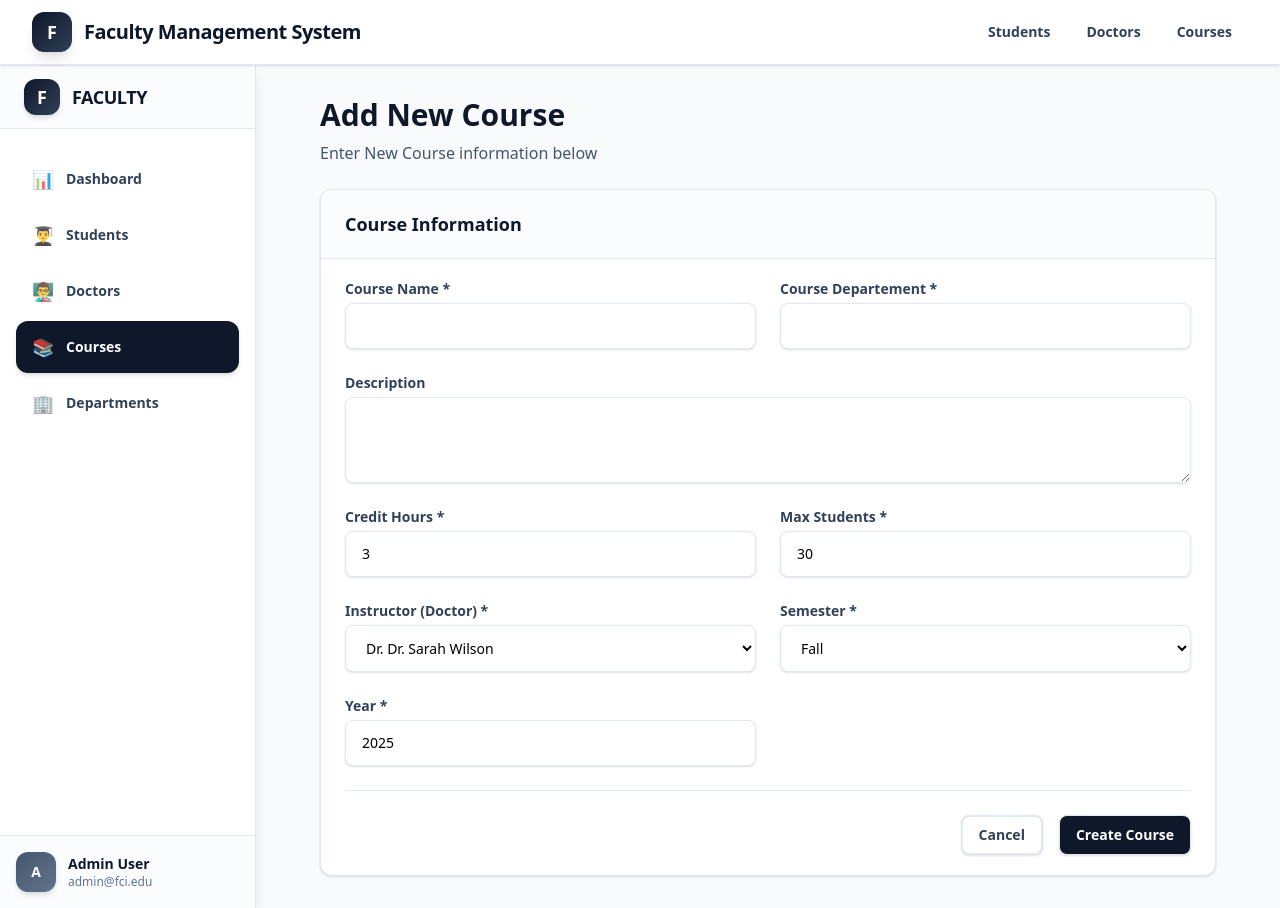
Repository: Mohamedmohsen179/Advanced-DB-Task
Page: /courses/new (app in frontend/)
These files come from the project's save history. The page is drawn as it stood at one moment and after the next save; the edit follows.
The browser window is 1280 px wide. The pictures show the whole page.
The page's requests for data from a server got no answer. The project was rebuilt for these pictures with package versions that can differ from the ones it lists, and the page was loaded fresh each time. The framework's server and built-in components were replaced by stand-ins that run in the browser. No one was signed in, and anything a server would have sent is missing. Also part of the build but not shown: frontend/next.config.ts.

Above is the page before, as saved 2025-11-29 01:43:05.

### frontend/app/layout.tsx
import type { Metadata } from "next";
import { Geist, Geist_Mono } from "next/font/google";
import "./globals.css";
import MainLayout from "../components/layout/MainLayout";

const geistSans = Geist({
  variable: "--font-geist-sans",
  subsets: ["latin"],
});

const geistMono = Geist_Mono({
  variable: "--font-geist-mono",
  subsets: ["latin"],
});

export const metadata: Metadata = {
  title: "University Management System",
  description: "A comprehensive university management system built with Next.js and TypeScript",
};

export default function RootLayout({
  children,
}: Readonly<{
  children: React.ReactNode;
}>) {
  return (
    <html lang="en">
      <body
        className={`${geistSans.variable} ${geistMono.variable} antialiased`}
      >
        <MainLayout>{children}</MainLayout>
      </body>
    </html>
  );
}

### frontend/app/courses/new/page.tsx
'use client';

import { useState, useEffect } from 'react';
import { useRouter } from 'next/navigation';
import { CreateCourseRequest } from '../../../types';
import { apiService } from '../../../services/api';
import { Card, CardContent, CardHeader } from '../../../components/ui/Card';
import Button from '../../../components/ui/Button';

export default function NewCoursePage() {
  const router = useRouter();
  const [loading, setLoading] = useState(false);
  const [error, setError] = useState<string | null>(null);
  const [departments, setDepartments] = useState<{ id: string; name: string; code: string }[]>([]);
  const [doctors, setDoctors] = useState<{ id: string; firstName: string; lastName: string }[]>([]);

  const [formData, setFormData] = useState<CreateCourseRequest>({
    name: '',
    code: '',
    description: '',
    credits: 3,
    departmentId: '',
    instructorId: '',
    semester: 'fall',
    year: new Date().getFullYear(),
    maxStudents: 30,
    prerequisites: [],
    syllabus: '',
    startDate: '',
    endDate: '',
  });

  const [prerequisiteInput, setPrerequisiteInput] = useState('');

  useEffect(() => {
    loadDepartments();
    loadDoctors();
  }, []);

  const loadDepartments = async () => {
    try {
      const response = await apiService.getDepartments();
      if (response.success && response.data.length > 0) {
        setDepartments(response.data.map(d => ({ id: d.id, name: d.name, code: d.code })));
        if (!formData.departmentId) {
          setFormData(prev => ({ ...prev, departmentId: response.data[0].id }));
        }
      }
    } catch (err) {
      console.error('Error loading departments:', err);
    }
  };

  const loadDoctors = async () => {
    try {
      const response = await apiService.getDoctors();
      if (response.success && response.data.length > 0) {
        setDoctors(response.data.map(d => ({ id: d.id, firstName: d.firstName, lastName: d.lastName })));
        if (!formData.instructorId) {
          setFormData(prev => ({ ...prev, instructorId: response.data[0].id }));
        }
      }
    } catch (err) {
      console.error('Error loading doctors:', err);
    }
  };

  const handleInputChange = (e: React.ChangeEvent<HTMLInputElement | HTMLSelectElement | HTMLTextAreaElement>) => {
    const { name, value } = e.target;
    setFormData(prev => ({
      ...prev,
      [name]: name === 'credits' || name === 'year' || name === 'maxStudents'
        ? parseInt(value) || 0
        : value,
    }));
  };

  const addPrerequisite = () => {
    if (prerequisiteInput.trim()) {
      setFormData(prev => ({
        ...prev,
        prerequisites: [...(prev.prerequisites || []), prerequisiteInput.trim()],
      }));
      setPrerequisiteInput('');
    }
  };

  const removePrerequisite = (index: number) => {
    setFormData(prev => ({
      ...prev,
      prerequisites: prev.prerequisites?.filter((_, i) => i !== index) || [],
    }));
  };

  const handleSubmit = async (e: React.FormEvent) => {
    e.preventDefault();
    setLoading(true);
    setError(null);

    try {
      const response = await apiService.createCourse(formData);

      if (response.success) {
        router.push('/courses');
      } else {
        setError('Failed to create course');
      }
    } catch (err) {
      setError('An error occurred while creating the course');
      console.error('Error creating course:', err);
    } finally {
      setLoading(false);
    }
  };

  return (
    <div className="max-w-4xl mx-auto">
      <div className="mb-6">
        <h1 className="text-3xl font-bold text-slate-900">Add New Course</h1>
        <p className="mt-2 text-base text-slate-600">
          Enter New Course information below
        </p>
      </div>

      {error && (
        <div className="mb-6 bg-red-50 border border-red-200 rounded-md p-4">
          <div className="flex">
            <div className="flex-shrink-0">
              <svg className="h-5 w-5 text-red-400" viewBox="0 0 20 20" fill="currentColor">
                <path fillRule="evenodd" d="M10 18a8 8 0 100-16 8 8 0 000 16zM8.707 7.293a1 1 0 00-1.414 1.414L8.586 10l-1.293 1.293a1 1 0 101.414 1.414L10 11.414l1.293 1.293a1 1 0 001.414-1.414L11.414 10l1.293-1.293a1 1 0 00-1.414-1.414L10 8.586 8.707 7.293z" clipRule="evenodd" />
              </svg>
            </div>
            <div className="ml-3">
              <h3 className="text-sm font-medium text-red-800">Error</h3>
              <div className="mt-2 text-sm text-red-700">
                <p>{error}</p>
              </div>
            </div>
          </div>
        </div>
      )}

      <Card>
        <CardHeader>
          <h2 className="text-lg font-semibold text-slate-900">Course Information</h2>
        </CardHeader>
        <CardContent>
          <form onSubmit={handleSubmit} className="space-y-6">
            <div className="grid grid-cols-1 md:grid-cols-2 gap-6">
              <div>
                <label htmlFor="name" className="block text-sm font-semibold text-slate-700">
                  Course Name *
                </label>
                <input
                  type="text"
                  id="name"
                  name="name"
                  required
                  value={formData.name}
                  onChange={handleInputChange}
                  className="text-black mt-1 block w-full border border-slate-300 rounded-lg px-4 py-3 text-sm focus:outline-none focus:ring-2 focus:ring-slate-500 focus:border-slate-500 transition-all duration-200 bg-white shadow-sm"
                />
              </div>

              <div>
                <label htmlFor="code" className="block text-sm font-semibold text-slate-700">
                  Course Departement *
                </label>
                <input
                  type="text"
                  id="code"
                  name="code"
                  required
                  value={formData.code}
                  onChange={handleInputChange}
                  className="text-black mt-1 block w-full border border-slate-300 rounded-lg px-4 py-3 text-sm focus:outline-none focus:ring-2 focus:ring-slate-500 focus:border-slate-500 transition-all duration-200 bg-white shadow-sm"
                />
              </div>

              <div className="md:col-span-2">
                <label htmlFor="description" className="block text-sm font-semibold text-slate-700">
                  Description
                </label>
                <textarea
                  id="description"
                  name="description"
                  rows={3}
                  value={formData.description}
                  onChange={handleInputChange}
                  className="text-black mt-1 block w-full border border-slate-300 rounded-lg px-4 py-3 text-sm focus:outline-none focus:ring-2 focus:ring-slate-500 focus:border-slate-500 transition-all duration-200 bg-white shadow-sm"
                />
              </div>

              <div>
                <label htmlFor="credits" className="block text-sm font-semibold text-slate-700">
                  Credit Hours *
                </label>
                <input
                  type="number"
                  id="credits"
                  name="credits"
                  required
                  min="1"
                  max="6"
                  value={formData.credits}
                  onChange={handleInputChange}
                  className="text-black mt-1 block w-full border border-slate-300 rounded-lg px-4 py-3 text-sm focus:outline-none focus:ring-2 focus:ring-slate-500 focus:border-slate-500 transition-all duration-200 bg-white shadow-sm"
                />
              </div>

              <div>
                <label htmlFor="maxStudents" className="block text-sm font-semibold text-slate-700">
                  Max Students *
                </label>
                <input
                  type="number"
                  id="maxStudents"
                  name="maxStudents"
                  required
                  min="1"
                  value={formData.maxStudents}
                  onChange={handleInputChange}
                  className="text-black mt-1 block w-full border border-slate-300 rounded-lg px-4 py-3 text-sm focus:outline-none focus:ring-2 focus:ring-slate-500 focus:border-slate-500 transition-all duration-200 bg-white shadow-sm"
                />
              </div>

              <div>
                <label htmlFor="instructorId" className="block text-sm font-semibold text-slate-700">
                  Instructor (Doctor) *
                </label>
                <select
                  id="instructorId"
                  name="instructorId"
                  required
                  value={formData.instructorId}
                  onChange={handleInputChange}
                  className="text-black mt-1 block w-full border border-slate-300 rounded-lg px-4 py-3 text-sm focus:outline-none focus:ring-2 focus:ring-slate-500 focus:border-slate-500 transition-all duration-200 bg-white shadow-sm"
                >
                  <option value="">Select Instructor</option>
                  {doctors.map(doctor => (
                    <option key={doctor.id} value={doctor.id}>
                      Dr. {doctor.firstName} {doctor.lastName}
                    </option>
                  ))}
                </select>
              </div>

              <div>
                <label htmlFor="semester" className="block text-sm font-semibold text-slate-700">
                  Semester *
                </label>
                <select
                  id="semester"
                  name="semester"
                  required
                  value={formData.semester}
                  onChange={handleInputChange}
                  className="text-black mt-1 block w-full border border-slate-300 rounded-lg px-4 py-3 text-sm focus:outline-none focus:ring-2 focus:ring-slate-500 focus:border-slate-500 transition-all duration-200 bg-white shadow-sm"
                >
                  <option value="fall">Fall</option>
                  <option value="spring">Spring</option>
                  <option value="summer">Summer</option>
                  <option value="winter">Winter</option>
                </select>
              </div>

              <div>
                <label htmlFor="year" className="block text-sm font-semibold text-slate-700">
                  Year *
                </label>
                <input
                  type="number"
                  id="year"
                  name="year"
                  required
                  min="2020"
                  max="2030"
                  value={formData.year}
                  onChange={handleInputChange}
                  className="text-black mt-1 block w-full border border-slate-300 rounded-lg px-4 py-3 text-sm focus:outline-none focus:ring-2 focus:ring-slate-500 focus:border-slate-500 transition-all duration-200 bg-white shadow-sm"
                />
              </div>

            </div>

            <div className="flex justify-end space-x-4 pt-6 border-t border-slate-200">
              <Button
                type="button"
                variant="outline"
                onClick={() => router.back()}
              >
                Cancel
              </Button>
              <Button
                type="submit"
                loading={loading}
              >
                Create Course
              </Button>
            </div>
          </form>
        </CardContent>
      </Card>
    </div>
  );
}

### frontend/app/globals.css
@import "tailwindcss";

:root {
  --background: #fafafa;
  --foreground: #0f172a;
  --primary: #2563eb;
  --primary-foreground: #ffffff;
  --secondary: #f1f5f9;
  --secondary-foreground: #334155;
  --muted: #f8fafc;
  --muted-foreground: #64748b;
  --accent: #f1f5f9;
  --accent-foreground: #0f172a;
  --border: #e2e8f0;
  --input: #ffffff;
  --ring: #2563eb;
  --radius: 0.5rem;
}

@theme inline {
  --color-background: var(--background);
  --color-foreground: var(--foreground);
  --font-sans: var(--font-geist-sans);
  --font-mono: var(--font-geist-mono);
}

@media (prefers-color-scheme: dark) {
  :root {
    --background: #020617;
    --foreground: #f8fafc;
    --primary: #3b82f6;
    --primary-foreground: #f8fafc;
    --secondary: #1e293b;
    --secondary-foreground: #f8fafc;
    --muted: #1e293b;
    --muted-foreground: #94a3b8;
    --accent: #1e293b;
    --accent-foreground: #f8fafc;
    --border: #334155;
    --input: #1e293b;
    --ring: #3b82f6;
  }
}

* {
  border-color: var(--border);
}

body {
  background: var(--background);
  color: var(--foreground);
  font-family: var(--font-sans), system-ui, -apple-system, sans-serif;
  line-height: 1.6;
  -webkit-font-smoothing: antialiased;
  -moz-osx-font-smoothing: grayscale;
}

::-webkit-scrollbar {
  width: 8px;
  height: 8px;
}

::-webkit-scrollbar-track {
  background: var(--muted);
}

::-webkit-scrollbar-thumb {
  background: var(--muted-foreground);
  border-radius: 4px;
}

::-webkit-scrollbar-thumb:hover {
  background: var(--foreground);
}

/* Focus styles */
.focus-visible {
  outline: 2px solid var(--ring);
  outline-offset: 2px;
}

/* Professional shadows */
.shadow-professional {
  box-shadow: 0 1px 3px 0 rgb(0 0 0 / 0.1), 0 1px 2px -1px rgb(0 0 0 / 0.1);
}

.shadow-professional-lg {
  box-shadow: 0 10px 15px -3px rgb(0 0 0 / 0.1), 0 4px 6px -4px rgb(0 0 0 / 0.1);
}

### frontend/components/layout/MainLayout.tsx
'use client';

import { useState } from 'react';
import Navbar from './Navbar';
import Sidebar from './Sidebar';

interface MainLayoutProps {
  children: React.ReactNode;
}

export default function MainLayout({ children }: MainLayoutProps) {
  const [sidebarOpen, setSidebarOpen] = useState(false);

  return (
    <div className="min-h-screen bg-slate-50">
      <Navbar />

      <div className="flex">
        <Sidebar
          isOpen={sidebarOpen}
          onClose={() => setSidebarOpen(false)}
        />

        <div className="flex-1 lg:ml-0">
          <div className="lg:hidden">
            <button
              onClick={() => setSidebarOpen(true)}
              className="fixed top-20 left-4 z-10 bg-white p-3 rounded-xl shadow-professional border border-slate-200 hover:shadow-professional-lg transition-all duration-200"
            >
              <svg className="w-5 h-5 text-slate-600" fill="none" stroke="currentColor" viewBox="0 0 24 24">
                <path strokeLinecap="round" strokeLinejoin="round" strokeWidth={2} d="M4 6h16M4 12h16M4 18h16" />
              </svg>
            </button>
          </div>

          <main className="p-6 lg:p-8">
            <div className="max-w-7xl mx-auto">
              {children}
            </div>
          </main>
        </div>
      </div>
    </div>
  );
}

### frontend/components/ui/Card.tsx
import { HTMLAttributes, forwardRef } from 'react';

interface CardProps extends HTMLAttributes<HTMLDivElement> {
  children: React.ReactNode;
}

const Card = forwardRef<HTMLDivElement, CardProps>(
  ({ className = '', children, ...props }, ref) => {
    return (
      <div
        ref={ref}
        className={`bg-white rounded-xl border border-slate-200 shadow-professional hover:shadow-professional-lg transition-shadow duration-200 ${className}`}
        {...props}
      >
        {children}
      </div>
    );
  }
);

Card.displayName = 'Card';

interface CardHeaderProps extends HTMLAttributes<HTMLDivElement> {
  children: React.ReactNode;
}

const CardHeader = forwardRef<HTMLDivElement, CardHeaderProps>(
  ({ className = '', children, ...props }, ref) => {
    return (
      <div
        ref={ref}
        className={`px-6 py-5 border-b border-slate-200 bg-slate-50/50 rounded-t-xl ${className}`}
        {...props}
      >
        {children}
      </div>
    );
  }
);

CardHeader.displayName = 'CardHeader';

interface CardContentProps extends HTMLAttributes<HTMLDivElement> {
  children: React.ReactNode;
}

const CardContent = forwardRef<HTMLDivElement, CardContentProps>(
  ({ className = '', children, ...props }, ref) => {
    return (
      <div
        ref={ref}
        className={`px-6 py-5 ${className}`}
        {...props}
      >
        {children}
      </div>
    );
  }
);

CardContent.displayName = 'CardContent';

interface CardFooterProps extends HTMLAttributes<HTMLDivElement> {
  children: React.ReactNode;
}

const CardFooter = forwardRef<HTMLDivElement, CardFooterProps>(
  ({ className = '', children, ...props }, ref) => {
    return (
      <div
        ref={ref}
        className={`px-6 py-5 border-t border-slate-200 bg-slate-50 rounded-b-xl ${className}`}
        {...props}
      >
        {children}
      </div>
    );
  }
);

CardFooter.displayName = 'CardFooter';

export { Card, CardHeader, CardContent, CardFooter };

### frontend/components/ui/Button.tsx
import { ButtonHTMLAttributes, forwardRef } from 'react';

interface ButtonProps extends ButtonHTMLAttributes<HTMLButtonElement> {
  variant?: 'primary' | 'secondary' | 'danger' | 'outline';
  size?: 'sm' | 'md' | 'lg';
  loading?: boolean;
}

const Button = forwardRef<HTMLButtonElement, ButtonProps>(
  ({ className = '', variant = 'primary', size = 'md', loading = false, children, disabled, ...props }, ref) => {
    const baseClasses = 'inline-flex items-center justify-center font-semibold rounded-lg transition-all duration-200 focus:outline-none focus:ring-2 focus:ring-offset-2 disabled:opacity-50 disabled:cursor-not-allowed shadow-sm hover:shadow-md active:scale-[0.98]';

    const variantClasses = {
      primary: 'bg-slate-900 text-white hover:bg-slate-800 focus:ring-slate-500 border border-slate-900',
      secondary: 'bg-slate-100 text-slate-900 hover:bg-slate-200 focus:ring-slate-500 border border-slate-200',
      danger: 'bg-red-600 text-white hover:bg-red-700 focus:ring-red-500 border border-red-600',
      outline: 'border-2 border-slate-300 text-slate-700 bg-white hover:bg-slate-50 hover:border-slate-400 focus:ring-slate-500',
    };

    const sizeClasses = {
      sm: 'px-3 py-2 text-sm h-9',
      md: 'px-4 py-2.5 text-sm h-10',
      lg: 'px-6 py-3 text-base h-12',
    };

    return (
      <button
        ref={ref}
        className={`${baseClasses} ${variantClasses[variant]} ${sizeClasses[size]} ${className}`}
        disabled={disabled || loading}
        {...props}
      >
        {loading && (
          <svg className="animate-spin -ml-1 mr-2 h-4 w-4" fill="none" viewBox="0 0 24 24">
            <circle className="opacity-25" cx="12" cy="12" r="10" stroke="currentColor" strokeWidth="4" />
            <path className="opacity-75" fill="currentColor" d="M4 12a8 8 0 018-8V0C5.373 0 0 5.373 0 12h4zm2 5.291A7.962 7.962 0 014 12H0c0 3.042 1.135 5.824 3 7.938l3-2.647z" />
          </svg>
        )}
        {children}
      </button>
    );
  }
);

Button.displayName = 'Button';

export default Button;

Loaded but not shown: frontend/services/api.ts (635 lines, source omitted); frontend/components/layout/Sidebar.tsx (152 lines, source omitted); frontend/components/layout/Navbar.tsx (95 lines, source omitted)

After the next save:
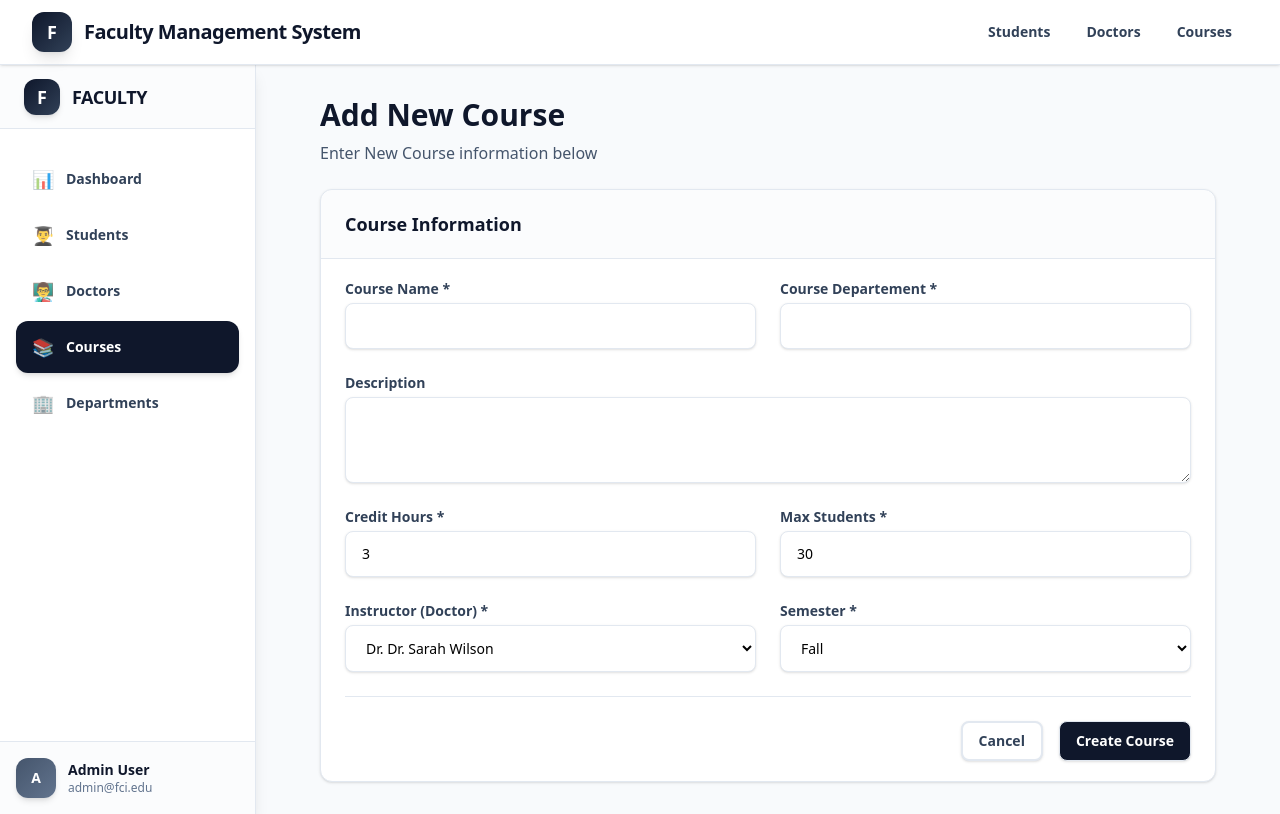
Saved 7 min 49 s later.
--- a/frontend/app/courses/new/page.tsx
+++ b/frontend/app/courses/new/page.tsx
@@ -263,24 +263,6 @@ export default function NewCoursePage() {
                   <option value="winter">Winter</option>
                 </select>
               </div>
-
-              <div>
-                <label htmlFor="year" className="block text-sm font-semibold text-slate-700">
-                  Year *
-                </label>
-                <input
-                  type="number"
-                  id="year"
-                  name="year"
-                  required
-                  min="2020"
-                  max="2030"
-                  value={formData.year}
-                  onChange={handleInputChange}
-                  className="text-black mt-1 block w-full border border-slate-300 rounded-lg px-4 py-3 text-sm focus:outline-none focus:ring-2 focus:ring-slate-500 focus:border-slate-500 transition-all duration-200 bg-white shadow-sm"
-                />
-              </div>
-
             </div>
 
             <div className="flex justify-end space-x-4 pt-6 border-t border-slate-200">
